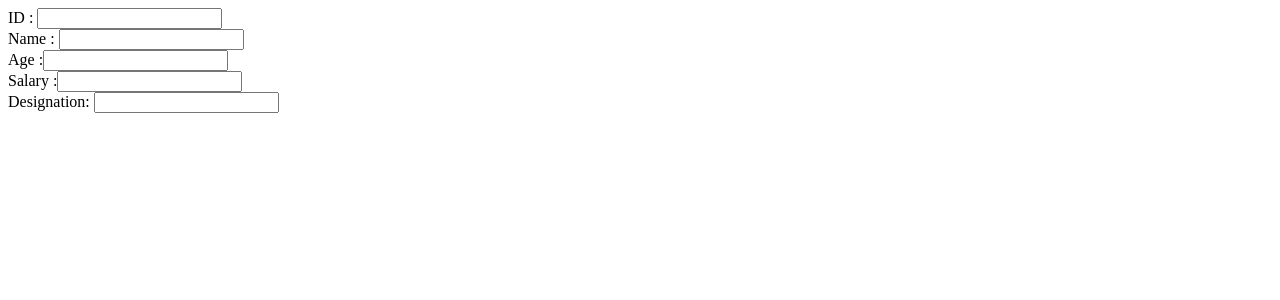
Repository: Thaneshwara848/JSP_Demo
Page: WebDemo1/src/main/webapp/Register.html
The author's editor kept a copy of each file at every save. The page is drawn from the files as they stood at one save, then again after the next save.
The browser window is 1280 px wide. The pictures show the whole page.

Above is the page before, as saved 2022-08-05 16:57:02.

After the next save:
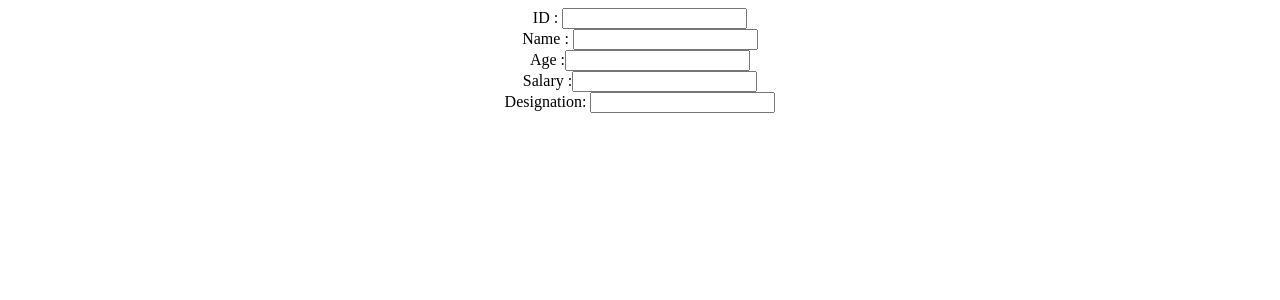
Saved 11 s later.
--- a/WebDemo1/src/main/webapp/Register.html
+++ b/WebDemo1/src/main/webapp/Register.html
@@ -5,7 +5,7 @@
 <title>Insert title here</title>
 </head>
 <body>
-<Div>
+<Div style="text-align: center;">
 	<form action="">
 
 	ID : <input type="text" name="uid"><br>
